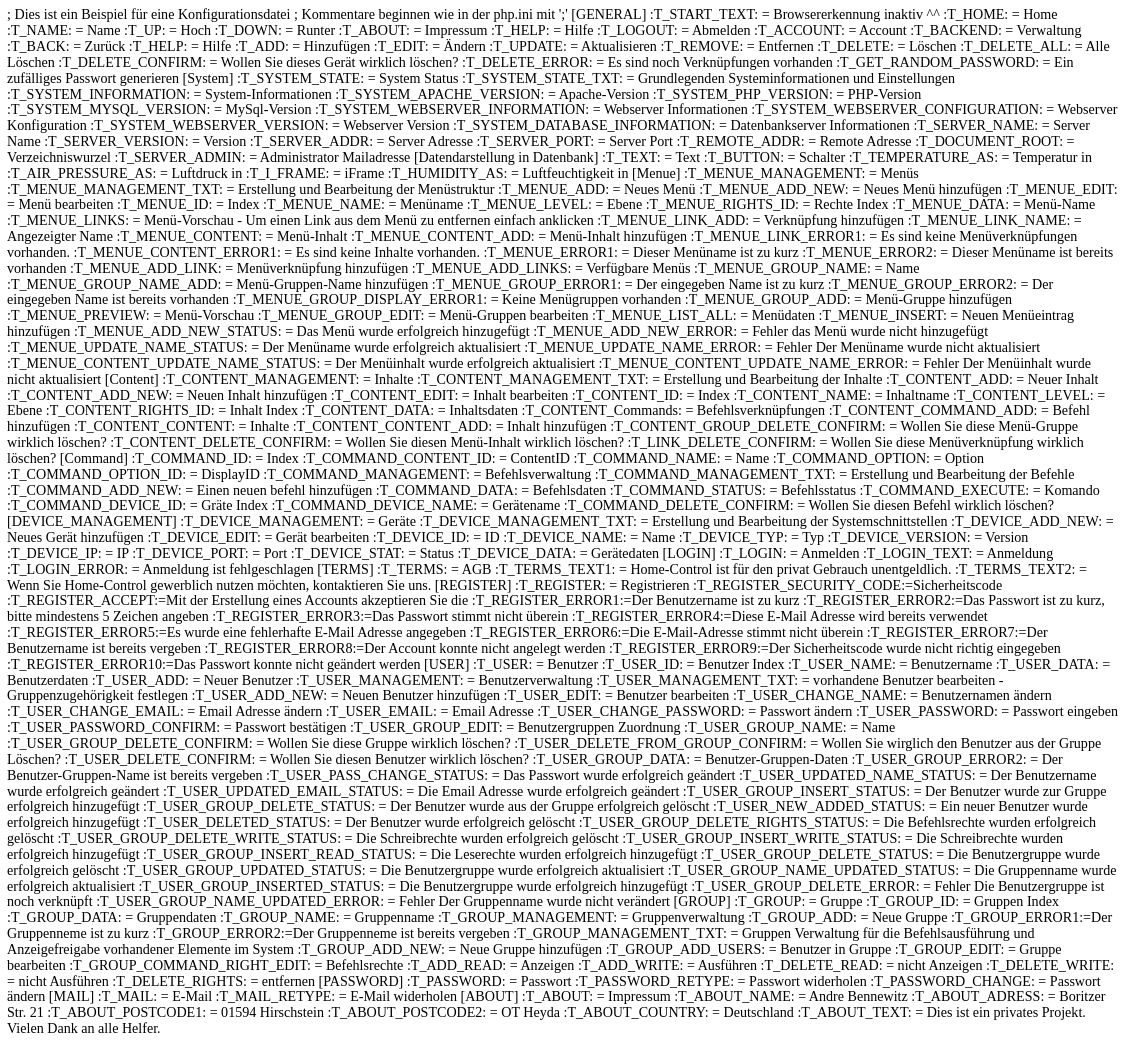
Repository: 0xF3ERROR/Home-Control
Page: http://localhost/language/lang_Ger.php
An editor plug-in stored every save of this project. The page is shown before and after the next save, followed by the edit.
The browser window is 1280 px wide. The pictures show the whole page, at 88% of full size.
The page is run by PHP 8.4 with error messages shown; the project is at /var/www/html/.

Above is the page before, as saved 2012-09-17 20:41:16.

After the next save:
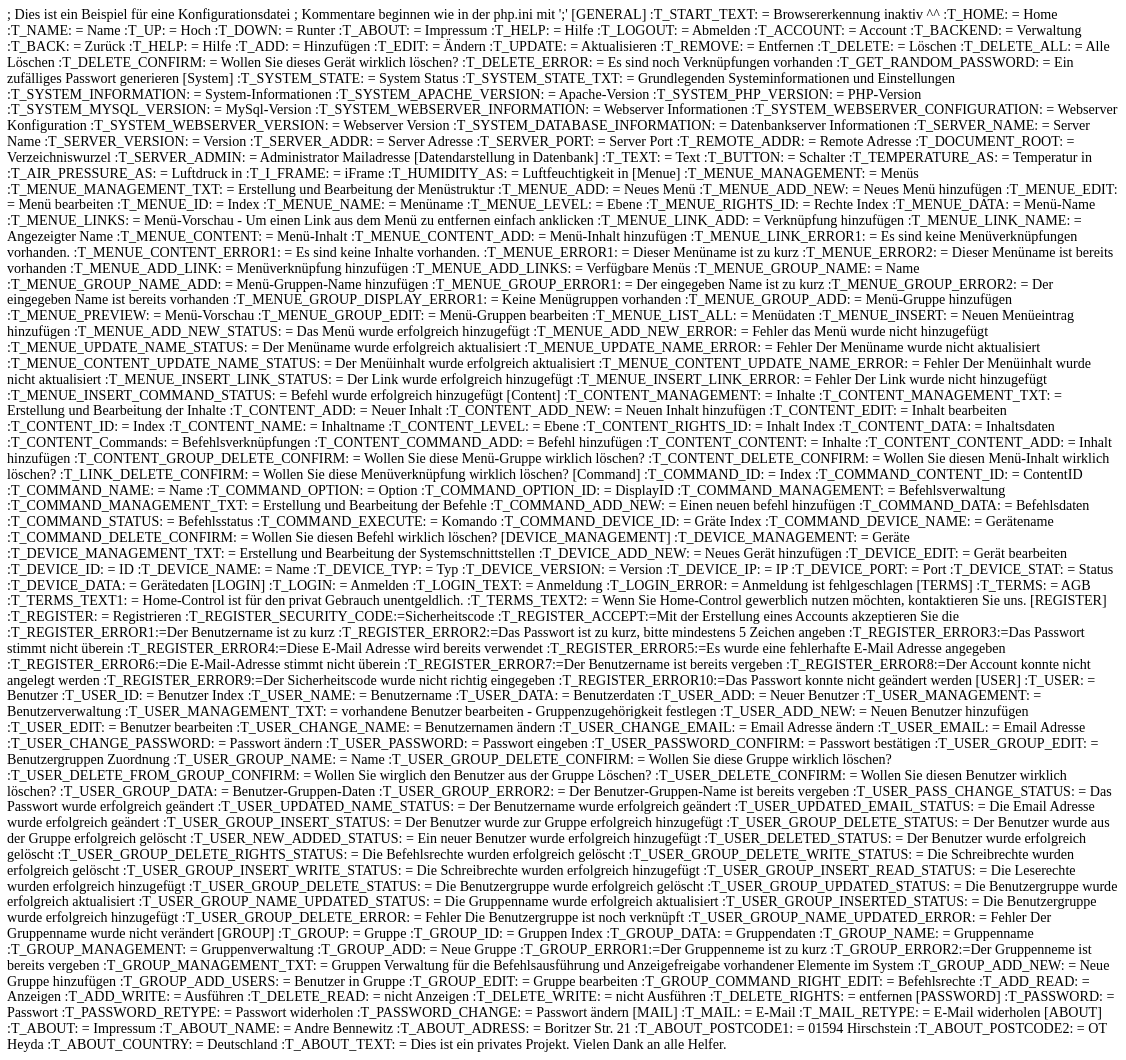
Saved 2 min 3 s later.
--- a/Source/language/lang_Ger.php
+++ b/Source/language/lang_Ger.php
@@ -97,8 +97,9 @@
 :T_MENUE_UPDATE_NAME_ERROR: = Fehler Der Menüname wurde nicht aktualisiert
 :T_MENUE_CONTENT_UPDATE_NAME_STATUS: = Der Menüinhalt wurde erfolgreich aktualisiert
 :T_MENUE_CONTENT_UPDATE_NAME_ERROR: = Fehler Der Menüinhalt wurde nicht aktualisiert
-
-
+:T_MENUE_INSERT_LINK_STATUS: = Der Link wurde erfolgreich hinzugefügt
+:T_MENUE_INSERT_LINK_ERROR: = Fehler Der Link wurde nicht hinzugefügt
+:T_MENUE_INSERT_COMMAND_STATUS: = Befehl wurde erfolgreich hinzugefügt
 
 
 
